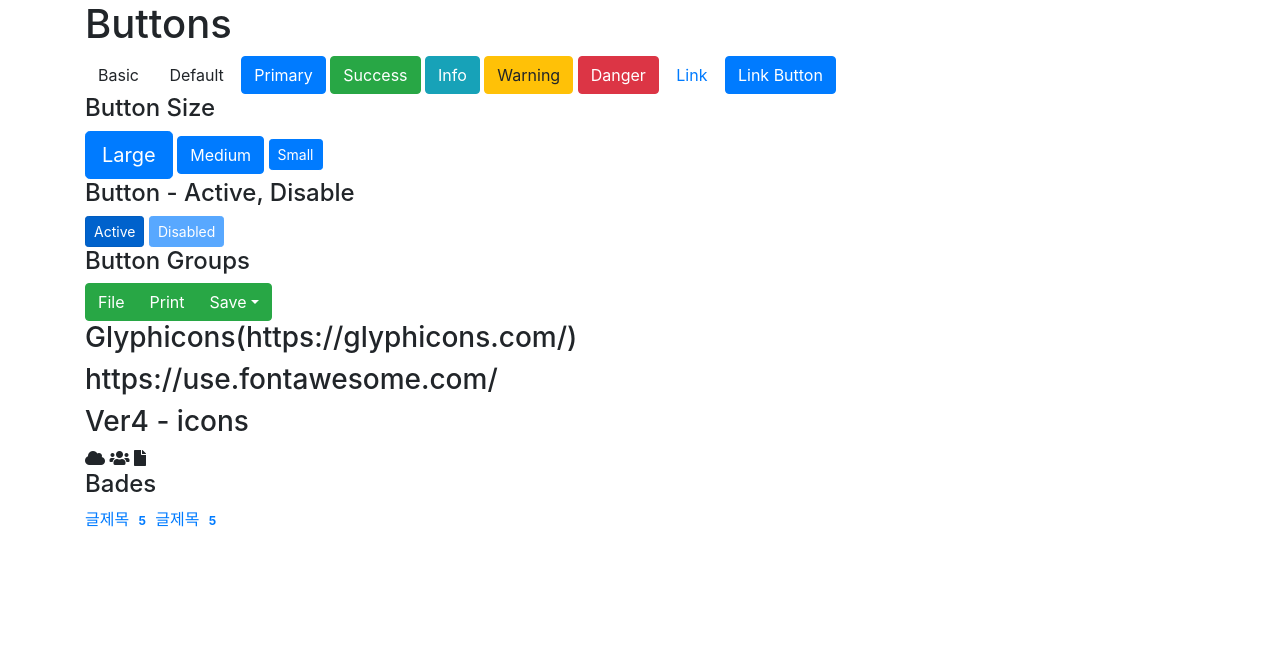
Repository: Junhee1412/front_end_practice
Page: jquery, bootstrap/js05_bootstrap/public/js04_buttons.html
These files come from the project's save history. The page is drawn as it stood at one moment and after the next save; the edit follows.
The browser window is 1280 px wide. The pictures show the whole page.

Above is the page before, as saved 2022-11-16 02:04:16.

### jquery, bootstrap/js05_bootstrap/public/js04_buttons.html
<!DOCTYPE html>
<html>
<head>
   <meta charset="UTF-8">
   <meta name="viewport" content="width=device-width, initial-scale=1, minimum-scale=1, maximum-scale=1">
     <link rel="stylesheet" href="https://maxcdn.bootstrapcdn.com/bootstrap/4.5.2/css/bootstrap.min.css">
   <style>
   </style>
     <script src="https://code.jquery.com/jquery-3.6.0.min.js"></script>
     <script src="https://maxcdn.bootstrapcdn.com/bootstrap/4.5.2/js/bootstrap.min.js"></script>
     <link rel="stylesheet" href="https://use.fontawesome.com/releases/v5.7.0/css/all.css"
     integrity="sha384-lZN37f5QGtY3VHgisS14W3ExzMWZxybE1SJSEsQp9S+oqd12jhcu+A56Ebc1zFSJ" crossorigin="anonymous">
	<script>

	</script>
</head>
<body>
	<div class="container">
		<h1>Buttons</h1>
		<button type="button" class="btn">Basic</button>
		<button type="button" class="btn btn-default">Default</button>
		<button type="button" class="btn btn-primary">Primary</button>
		<button type="button" class="btn btn-success">Success</button>
		<button type="button" class="btn btn-info">Info</button>
		<button type="button" class="btn btn-warning">Warning</button>
		<button type="button" class="btn btn-danger">Danger</button>
		<button type="button" class="btn btn-link">Link</button>
		<a href="#" class="btn btn-primary">Link Button</a>
		<br />
		<h4>Button Size</h4>
		<button type="button" class="btn btn-primary btn-lg">Large</button>
		<button type="button" class="btn btn-primary btn-md">Medium</button>
		<button type="button" class="btn btn-primary btn-sm">Small</button>
		<br />
		<h4>Button - Active, Disable</h4>
		<button type="button" class="btn btn-primary btn-sm active" >Active</button>
		<button type="button" class="btn btn-primary btn-sm" disabled>Disabled</button>
		<br />
		<h4>Button Groups</h4>
		<div class="btn-group">
		<button type="button" class="btn btn-success" >File</button>
		<button type="button" class="btn btn-success" >Print</button>
			<div class="btn-group">
				<button type="button" class="btn btn-success dropdown-toggle" data-toggle="dropdown">Save</button>
					<div class="dropdown-menu">
						<a href="#" class="dropdown-item">Save As</a>
						<a href="#" class="dropdown-item">Save All</a>
					</div>
			</div>
		</div>
		<br/>
		<h3>Glyphicons(https://glyphicons.com/)</h3>
		<h3>https://use.fontawesome.com/</h3>
		<h3>Ver4 - icons</h3>
		<i class="fas fa-cloud"></i>
		<i class="fas fa-users"></i>
		<i class="fas fa-file"></i>
		<br/>
		<h4>Bades</h4>
		<a href="#">글제목 <span class="badge">5</span></a>
		<a href="#">글제목 <span class="badge">5</span></a>
	</div>
</body>
</html>

After the next save:
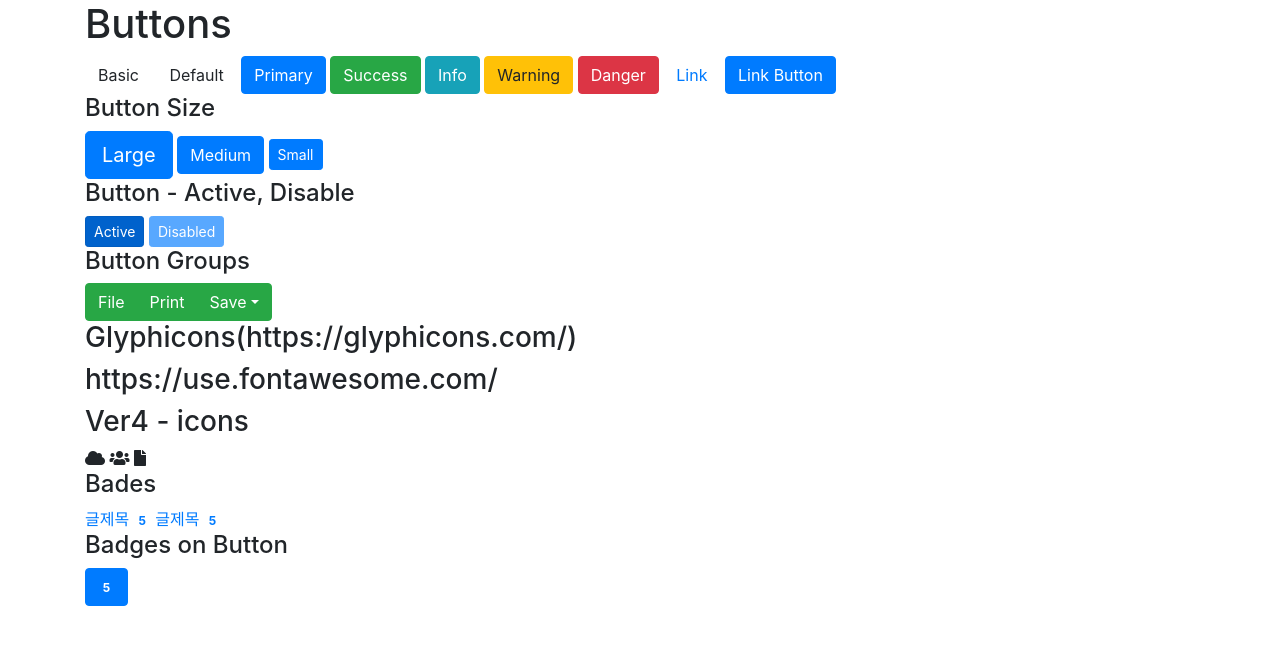
Saved 2 min 9 s later.
--- a/jquery, bootstrap/js05_bootstrap/public/js04_buttons.html
+++ b/jquery, bootstrap/js05_bootstrap/public/js04_buttons.html
@@ -59,6 +59,9 @@
 		<h4>Bades</h4>
 		<a href="#">글제목 <span class="badge">5</span></a>
 		<a href="#">글제목 <span class="badge">5</span></a>
+
+		<h4>Badges on Button</h4>
+		<button type="button" class="btn btn-primary"><span class="badge">5</span></button>
 	</div>
 </body>
 </html>
